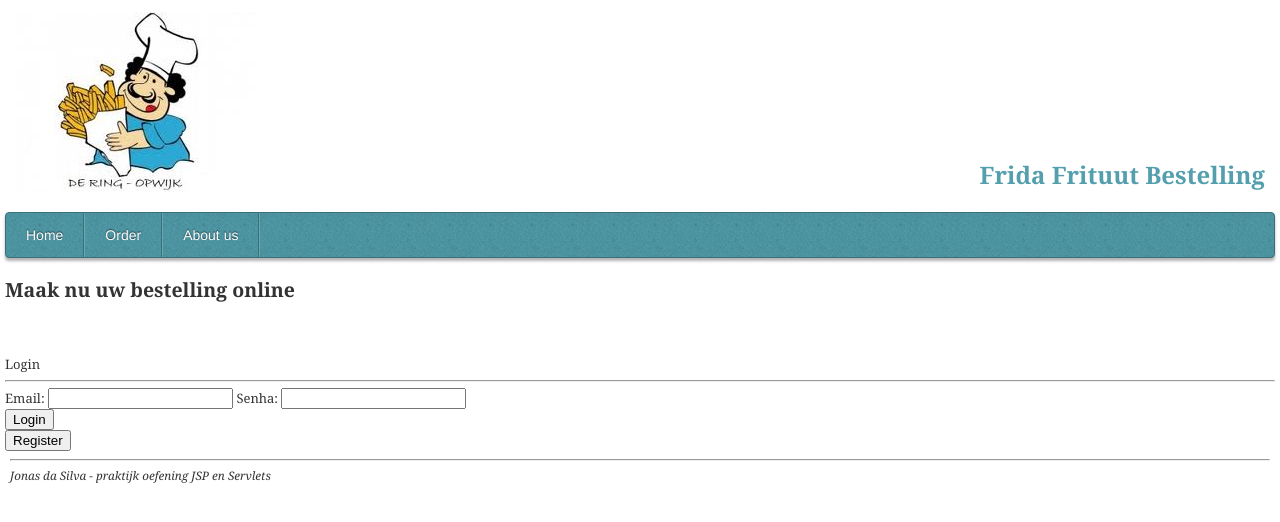
Repository: Projetos-intec/workspace-JavaWebJSP
Page: http://localhost/FrituurFrida/order.jsp
These files come from the project's save history. The page is drawn as it stood at one moment and after the next save; the edit follows.
The browser window is 1280 px wide. The pictures show the whole page.
The page is served by Tomcat 9. Other server files are loaded and not shown. The template is opened directly, without the code that normally fills it, so the values that code supplies are empty.

Above is the page before, as saved 2014-09-19 13:34:35.

### FrituurFrida/WebContent/order.jsp
<%@ page language="java" contentType="text/html; charset=ISO-8859-1"
	pageEncoding="ISO-8859-1"%>
<%@ taglib prefix="c" uri="http://java.sun.com/jsp/jstl/core"%>

<!DOCTYPE html PUBLIC "-//W3C//DTD HTML 4.01 Transitional//EN" "http://www.w3.org/TR/html4/loose.dtd">
<html>
<head>
<head>
<meta http-equiv="Content-Type" content="text/html; charset=ISO-8859-1">
<title>Welkom bij Frituur Frida</title>
<link rel='stylesheet' href='styles/default.css' />
</head>
<body>
	<header>
	<div id='logo'>
		<img src='images/logo.jpg' alt='Frituur Frida' />
	</div>
	<div id='demotitel'>

		<h1>Frida Frituut Bestelling</h1>
	</div>
	</header>
	<nav>
	<ul>
		<li><a href='welkom'>Home</a></li>
		<li><a href='order.jsp'>Order</a></li>
		<li><a href='aboutus.jsp'>About us</a></li>
	</ul>
	</nav>
	<article>
	<h2>Maak nu uw bestelling online</h2>

	${welkom} ${userLoginName.email} <br />

	${userLoginName.email}
	${userLoginName.email}
	${userLoginName.email}



	<c:if test="${userLogin == null}">
		<br />
	Login
	<hr />



		<form action="AddUsuario" method="POST">
			Email: <input type="email" name="email" /> Senha: <input
				type="password" name="senha" /> <br /> <input type="hidden"
				name="goTo" value="login"> <input type="submit"
				value="Login" />
		</form>

		<form action="AddUsuario" method="POST">
			<input type="hidden" name="goTo" value="register"> <input
				type="submit" value="Register" name="regs" />

		</form>
	</c:if> ${egFild} <footer>
	<hr />
	Jonas da Silva - praktijk oefening JSP en Servlets </footer>
</body>
</html>

### FrituurFrida/WebContent/styles/default.css
body {
	font-family: Georgia, "Times New Roman", Times, serif;
	font-size: 13px;
	color: #333;
	background-color: #FFF;
	margin: 0;
	padding: 0;
}

p {
	padding: 10px;
}

h1 {
	font-size: 24px;
	color: #539FAD;
}

table {
	margin: 1em 0;
	border-collapse: collapse;

}

table caption {
	text-align: left;
	font-weight: bold;
	padding: 0 0 .3em;
	color: #003d5d;
}

table td,table th {
	text-align: left;
	border: 1px solid #b1d2e4;
	padding: 3px 20px;
	vertical-align: top;
}

table th {
	font-weight: bold;
    background: #EEE url(pattern.png) top left repeat;
}

table thead th {
	background: #ecf7fd;
}

header {
	height: 200px;
}

nav {
	width: auto;
	margin: 0 5px 0 5px;
}

nav ul,
nav li nav a {
  list-style: none;
  margin: 0;
  padding: 0;
  border: 0;
  font-size: 14px;
  font-family: Helvetica;
  line-height: 1;
}

nav ul {
  zoom: 1;
  background: #539fad url(pattern.png) top left repeat;
  -webkit-border-radius: 4px;
  -moz-border-radius: 4px;
  border-radius: 4px;
  border: 1px solid #3a707a;
  -moz-box-shadow: 0 3px 3px rgba(0, 0, 0, 0.3);
  -webkit-box-shadow: 0 3px 3px rgba(0, 0, 0, 0.3);
  box-shadow: 0 3px 3px rgba(0, 0, 0, 0.3);
}
nav ul:before {
  content: '';
  display: block;
}
nav ul:after {
  content: '';
  display: table;
  clear: both;
}
nav a,
nav a:link,
nav a:visited {
  padding: 15px 20px;
  display: block;
  text-decoration: none;
  color: #ffffff;
  text-shadow: 0 -1px 1px #214046;
  border-right: 1px solid #3a707a;
}
nav a:hover {
  color: #214046;
  text-shadow: 0 1px 1px #76b2bd;
}
nav li {
  float: left;
  border-right: 1px solid #64a9b5;
}
nav li:hover {
  background: #4a8f9c url(pattern.png) top left repeat;
}
nav li:first-child {
  border-left: none;
  -webkit-border-radius: 4px 0 0 4px;
  -moz-border-radius: 4px 0 0 4px;
  border-radius: 4px 0 0 4px;
}

header, article, footer {
	padding: 2px 5px 10px 5px;
}

footer {
	font-style: italic;
	font-size: 0.9em;
}

#logo {
	margin: 10px 0 -23px 10px;
	float: left;
}

#demotitel {
	margin: 140px 10px 0 0;
	float: right;

}

After the next save:
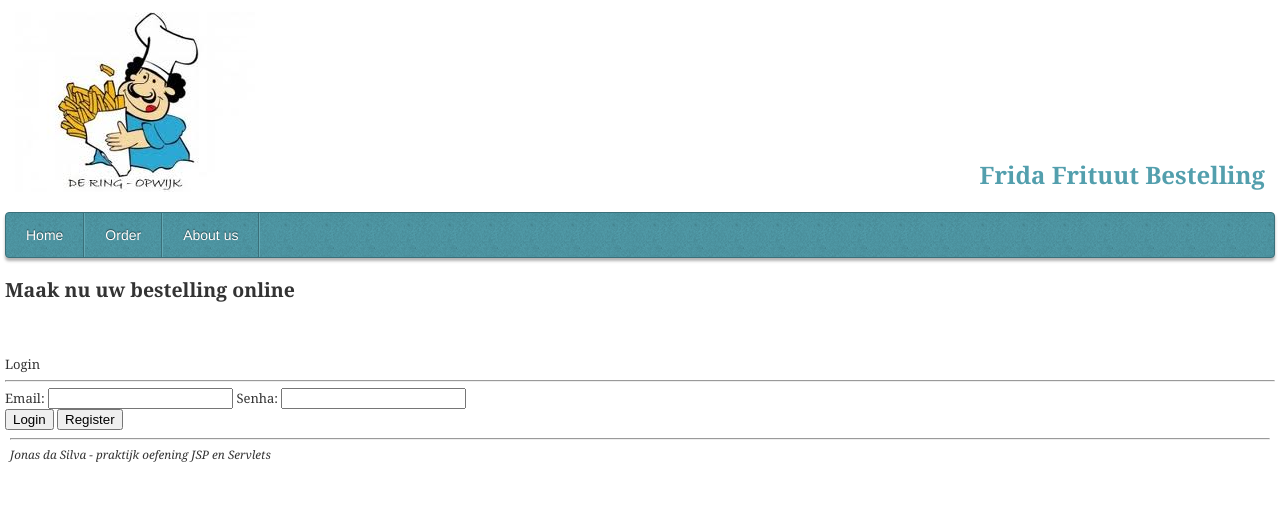
Saved 2 min 28 s later.
--- a/FrituurFrida/WebContent/order.jsp
+++ b/FrituurFrida/WebContent/order.jsp
@@ -50,9 +50,9 @@
 				type="password" name="senha" /> <br /> <input type="hidden"
 				name="goTo" value="login"> <input type="submit"
 				value="Login" />
-		</form>
+<!-- 		</form> -->
 
-		<form action="AddUsuario" method="POST">
+<!-- 		<form action="AddUsuario" method="POST"> -->
 			<input type="hidden" name="goTo" value="register"> <input
 				type="submit" value="Register" name="regs" />
 
